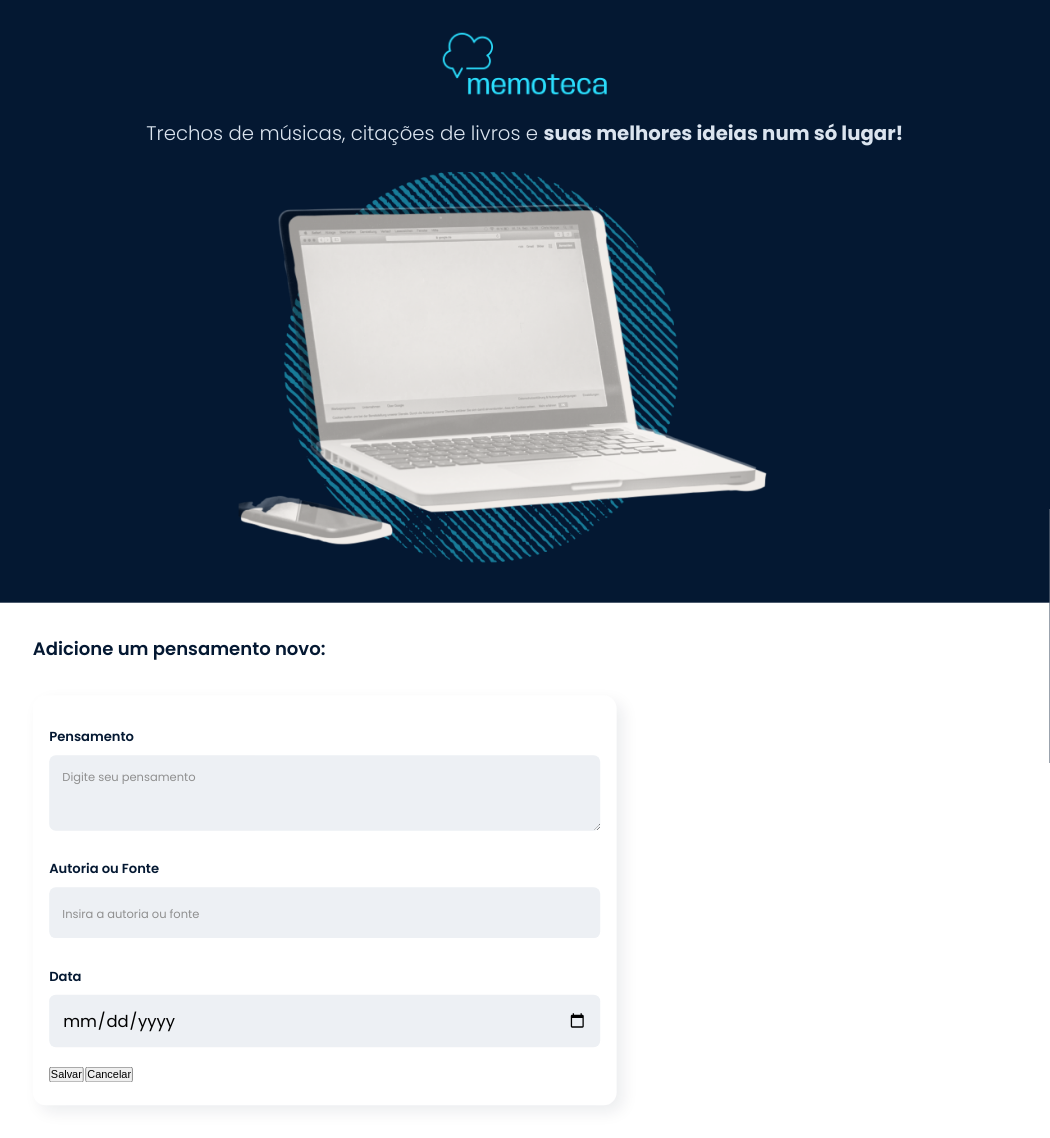
Repository: joaoPraiaJunior/crud_js
Page: index.html
An editor plug-in stored every save of this project. The page is shown before and after the next save, followed by the edit.
The browser window is 1280 px wide. The pictures show the whole page, at 82% of full size.

Above is the page before, as saved 2024-09-26 22:52:54.

After the next save:
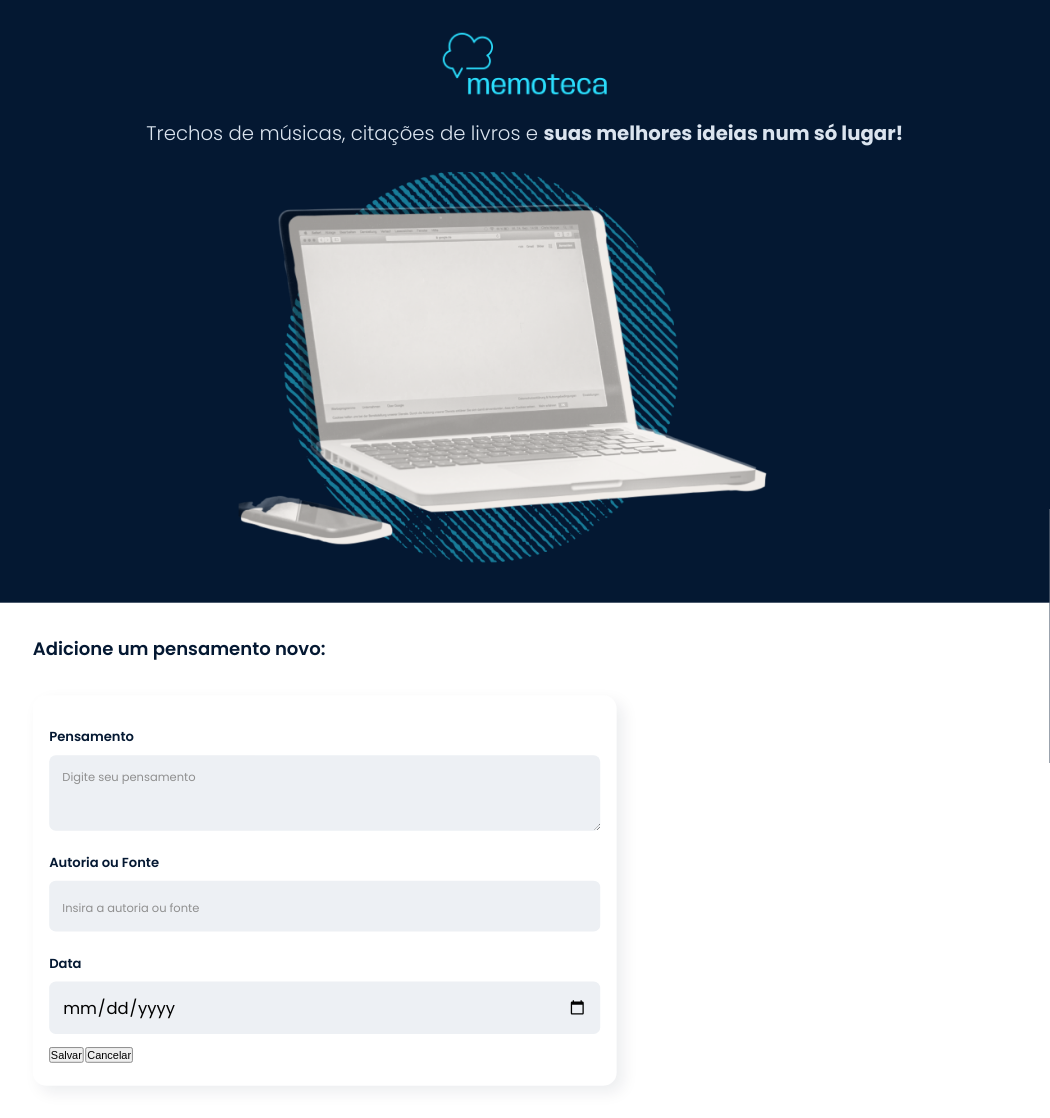
Saved 19 s later.
--- a/css/styles.css
+++ b/css/styles.css
@@ -127,7 +127,7 @@ main {
 
 #pensamento-form textarea,
 #pensamento-form input {
-	margin-bottom: 2.4rem;
+	margin-bottom: 1.6rem;
 	outline: none;
 	border-style: none;
 	font-size: 2rem;
